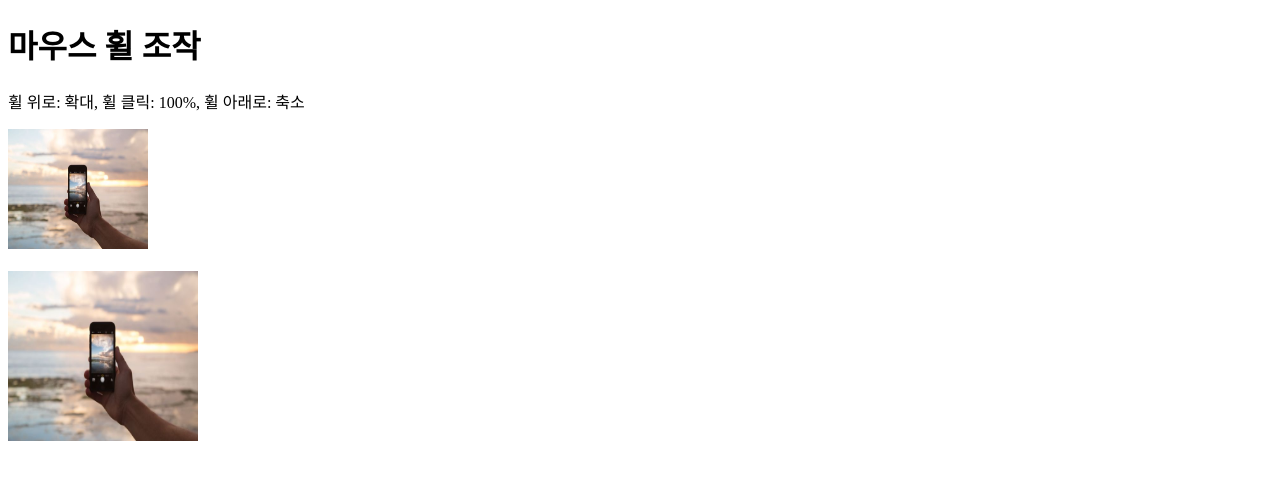
Repository: jwsimhj97/jwork_n
Page: JSPProject/WebContent/03-07/prac02.html
An editor plug-in stored every save of this project. The page is shown before and after the next save, followed by the edit.
The browser window is 1280 px wide. The pictures show the whole page.

Above is the page before, as saved 2022-03-07 08:55:23.

### JSPProject/WebContent/03-07/prac02.html
<!DOCTYPE html>
<html>
<head>
<meta charset="UTF-8">
<title>Insert title here</title>
<style>
	img { width: 140px; height: 120px;}
</style>
<script src="http://code.jquery.com/jquery-3.5.1.min.js"></script>
<script>
	$(function() {
		$('img').eq(1).width(190);
		$('img').eq(1).height(170);
		$(document).on("mousedown", function(event) {
			 // event.which : 마우스 클릭위치의 값을 가져온다.
			//  1 : 마우스좌클릭, 2: 휠클릭, 3: 마우스 우클릭
			 var mWhich = event.which;
			 $("#ptxt").empty();

			if(mWhich<=2){
				$("#ptxt").append("원본 가로사이즈: "+ $('.origin').width() +"px<br>");
				$("#ptxt").append("원본 세로사이즈: "+ $('.origin').height() +"px");
			}else{
				$("#ptxt").append("확대 가로사이즈: "+ $('.large').width() +"px<br>");
				$("#ptxt").append("확대 세로사이즈: "+ $('.large').height() +"px");
			}
		});
	});
</script>
</head>

<body>
	<h1>마우스 휠 조작</h1>
	<p class="info">휠 위로: <span>확대</span>, 휠 클릭: <span>100%</span>, 휠 아래로: <span>축소</span></p>
	<img src="img/cellphone.jpg" class="origin"><br><br>
	<img src="img/cellphone.jpg" class="large">
	<p id="ptxt"></p>
</body>
</html>

After the next save:
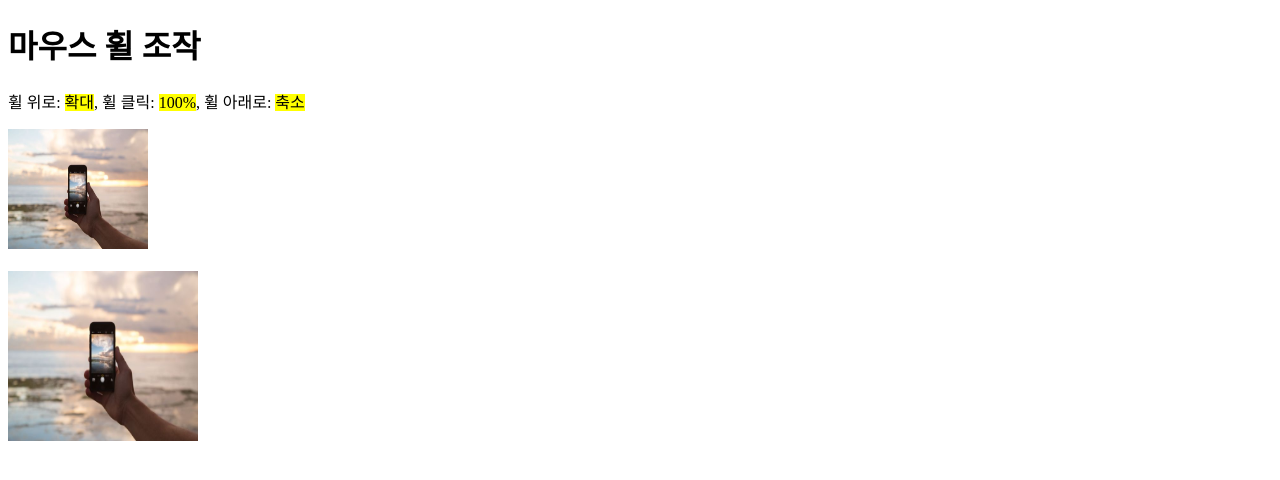
Saved 6 s later.
--- a/JSPProject/WebContent/03-07/prac02.html
+++ b/JSPProject/WebContent/03-07/prac02.html
@@ -4,7 +4,8 @@
 <meta charset="UTF-8">
 <title>Insert title here</title>
 <style>
-	img { width: 140px; height: 120px;}
+	.info>span{background-color:#ff0;}
+	.origin { width: 140px; height: 120px;}
 </style>
 <script src="http://code.jquery.com/jquery-3.5.1.min.js"></script>
 <script>
